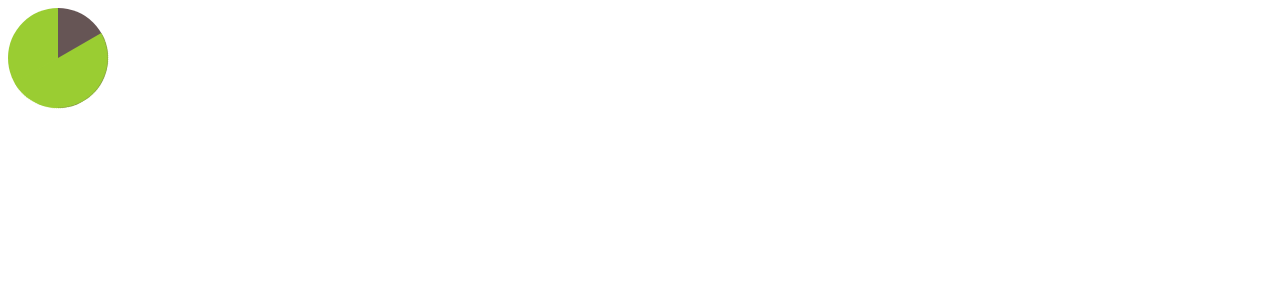
Repository: sylviaah/dynamicmidterm
Page: timer.html
These files come from the project's save history. The page is drawn as it stood at one moment and after the next save; the edit follows.
The browser window is 1280 px wide. The pictures show the whole page.

Above is the page before, as saved 2020-03-12 22:21:55.

### timer.html
<!DOCTYPE html>
<html>
    <head>
        <title>Timer</title>
        <link rel="stylesheet" href="timer.css">
    </head>
    <body>
        <div class="pie"></div>

        <script src="timer.js"></script>
    </body>
</html>

### timer.css
.pie {
    width: 100px;
    height: 100px;
    border-radius: 50%;
    background: yellowgreen;
    background-image:
    linear-gradient(to right, transparent 50%, #655 0);
  }

.pie::before {
    content: '';
    display: block;
    margin-left: 50%;
    height: 100%;
    border-radius: 0 100% 100% 0 / 50%;
    background-color: inherit;
    transform-origin: left;
    transform: rotate(0deg);
    animation: spin 15s linear infinite,
             bg 30s step-end infinite;
}

@keyframes spin {
    to { transform: rotate(.5turn); }
  }

@keyframes bg {
    50% { background: #655; }
}

Loaded but not shown: timer.js (no stored copy; drawn as an empty file)

After the next save:
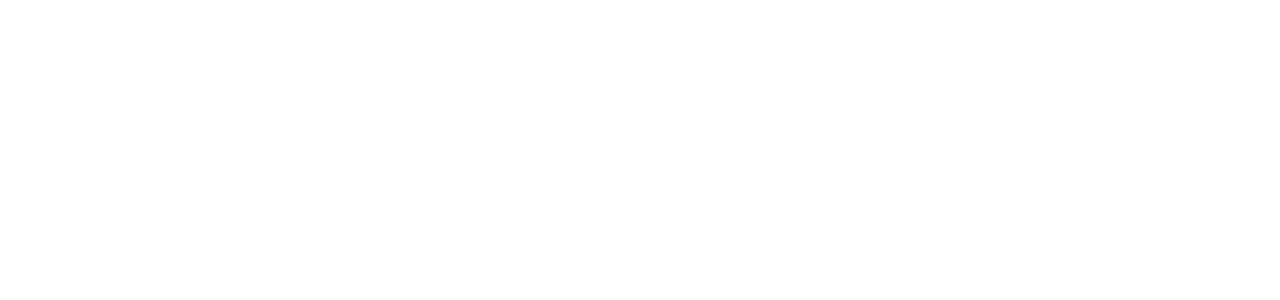
Saved 58 s later.
--- a/timer.html
+++ b/timer.html
@@ -5,7 +5,7 @@
         <link rel="stylesheet" href="timer.css">
     </head>
     <body>
-        <div class="pie"></div>
+        <div class="timer"></div>
 
         <script src="timer.js"></script>
     </body>

After the save that followed:
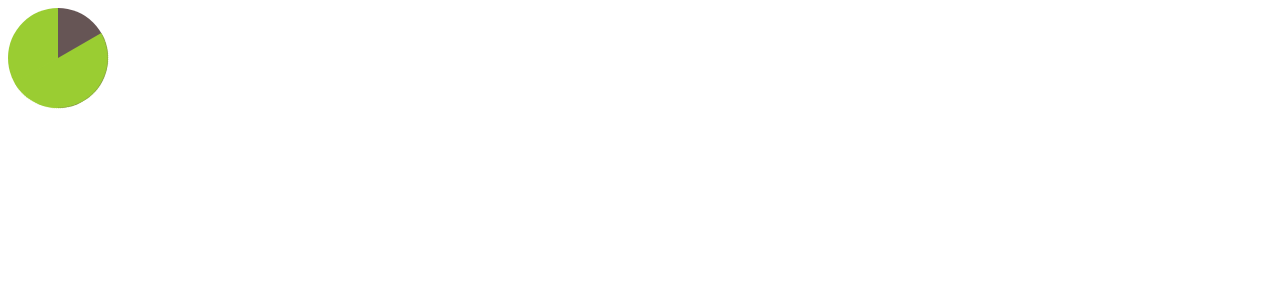
Saved 8 s later.
--- a/timer.css
+++ b/timer.css
@@ -1,4 +1,4 @@
-.pie {
+.timer {
     width: 100px;
     height: 100px;
     border-radius: 50%;
@@ -7,7 +7,7 @@
     linear-gradient(to right, transparent 50%, #655 0);
   }
 
-.pie::before {
+.timer::before {
     content: '';
     display: block;
     margin-left: 50%;
